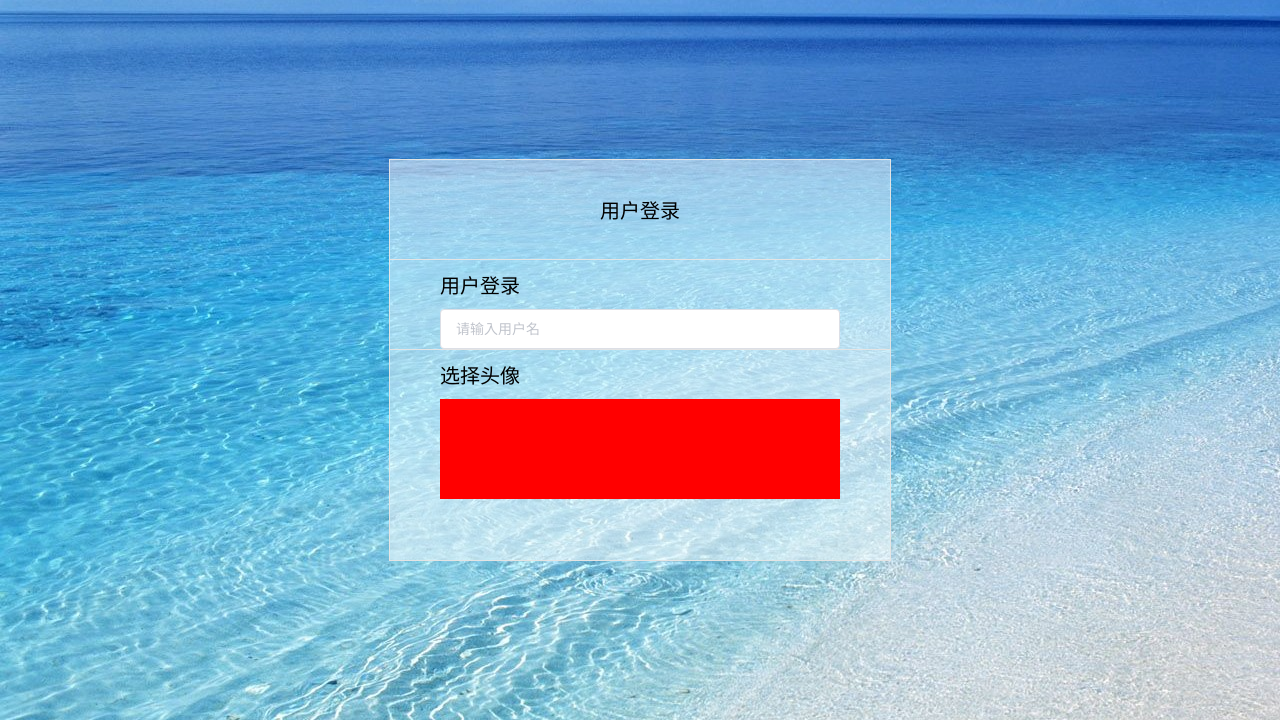
Repository: jinggegeZ/livechat
Page: /login
These files come from the project's save history. The page is drawn as it stood at one moment and after the next save; the edit follows.
The browser window is 1280 px wide. The pictures show the whole page.
The project was rebuilt for these pictures with package versions that can differ from the ones it lists, and the page was loaded fresh each time. Also part of the build but not shown: src/views/Home.vue.

Above is the page before, as saved 2020-08-17 15:17:51.

### src/main.js
import Vue from 'vue'
import App from './App.vue'
import router from './router'
import store from './store'
import ElementUI from 'element-ui';
import 'element-ui/lib/theme-chalk/index.css';

Vue.config.productionTip = false
Vue.use(ElementUI);
new Vue({
  router,
  store,
  render: h => h(App)

}).$mount('#app')

### src/App.vue
<template>
  <div id="app">

    <router-view/>
  </div>
</template>

<style lang="scss">
@import'../src/style/commoent'

</style>

### src/router/index.js
import Vue from 'vue'
import VueRouter from 'vue-router'
import Home from '../views/Home.vue'

Vue.use(VueRouter)

  const routes = [
  {
    path: '/',
    name: 'Home',
    component: Home
  },
  {
    path: '/login',
    name: 'login',
    component: () => import('../views/login.vue')
  }
]

const router = new VueRouter({
  mode: 'history',
  base: process.env.BASE_URL,
  routes
})

export default router

### src/style/commoent.css
*{
    margin: 0;
    padding: 0;
  }
  html {
    width: 100%;
    height: 100%;
  }
  #app {
    width: 100%;
    height: 100%;
  }
  body {
    width: 100%;
    height: 100%;
  }

### src/views/login.vue
<template>
  <div class="content">
    <div class="content-c">
      <div class="loginbox">
        <div class="username">用户登录</div>
        <!-- 用户登录 -->
        <div class="username1">用户登录</div>
        <!-- 用户名 -->
        <div class="input">
          <div class="inputbox">
            <el-input v-model="username" placeholder="请输入用户名"></el-input>
          </div>
        </div>
        <!-- 选择头像 -->
        <div class="username1">选择头像</div>
        <!-- 选择头像 -->
        <div class="imgbox">
          <div class="imgbox1"></div>
        </div>
      </div>
    </div>
  </div>
</template>

<script>
export default {
  name: "",
  props: {},
  components: {},
  data() {
    return {
      username: "",
    };
  },
  methods: {},
  mounted() {},
  watch: {},
  computed: {},
};
</script>

<style scoped>
.content {
  width: 100%;
  height: 100%;
  display: flex;
  justify-content: center;
  align-items: center;
  background: url("../../public/image/02a28d595dea30839eeaa0fdd15dfce2.jpg")
    no-repeat;
  font-size: 20px;
}
.content-c {
  width: 100%;
  display: flex;
  justify-content: center;
  align-items: center;
}
.loginbox {
  width: 500px;
  height: 400px;
  border: 1px solid rgb(228, 228, 228);
  background: rgba(255, 255, 255, 0.5);
}
.username {
  width: 100%;
  height: 99px;
  display: flex;
  justify-content: center;
  align-items: center;
  border-bottom: 1px solid rgb(228, 228, 228);
}
.username1 {
  width: 100%;
  height: 49px;
  display: flex;
  justify-content: flex-start;
  align-items: center;
  margin-left: 50px;
}
.input {
  width: 100%;
  display: flex;
  justify-content: center;
  align-items: center;
  border-bottom: 1px solid rgb(228, 228, 228);
}
.inputbox {
  width: 80%;
}
.imgbox {
  width: 100%;
  display: flex;
  justify-content: center;
}
.imgbox1 {
  width: 80%;
  height: 100px;
  background:red;
}
</style>

Loaded but not shown: public/index.html (common file); src/store/index.js (common file)

After the next save:
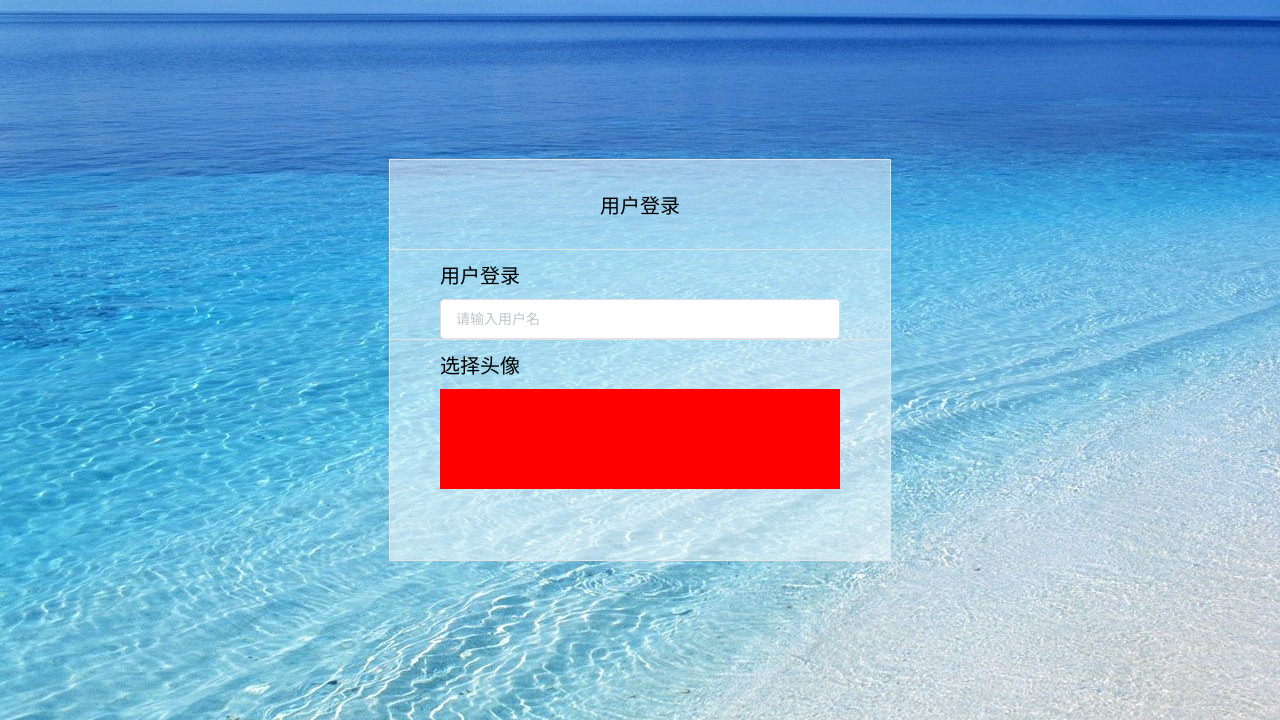
Saved 41 s later.
--- a/src/views/login.vue
+++ b/src/views/login.vue
@@ -64,7 +64,7 @@ export default {
 }
 .username {
   width: 100%;
-  height: 99px;
+  height: 89px;
   display: flex;
   justify-content: center;
   align-items: center;
